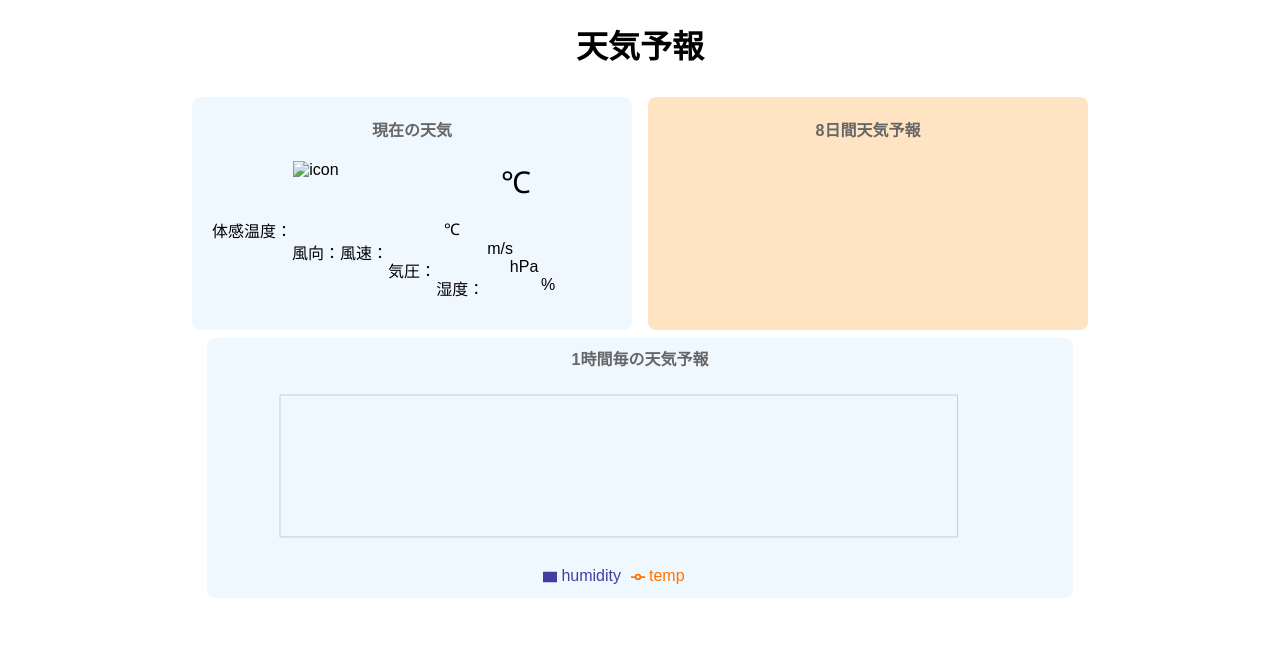
Repository: IshigureTomoki/weather-app
Page: /
The author's editor kept a copy of each file at every save. The page is drawn from the files as they stood at one save, then again after a run of saves.
The browser window is 1280 px wide. The pictures show the whole page.
The page's requests for data from a server got no answer. The project was rebuilt for these pictures with package versions that can differ from the ones it lists, and the page was loaded fresh each time. No one was signed in, and anything a server would have sent is missing.

Above is the page before, as saved 2022-02-25 15:02:19.

### src/App.tsx
import axios from "axios";
import { report } from "process";
import React, { useEffect, useState } from "react";
import { convertTypeAcquisitionFromJson } from "typescript";
import "./App.css";
import { LinePlot } from "./components/LinePlot";

function App() {
  useEffect(() => {
    wetherOneCall();
  }, []);

  type weatherReportType = {
    time: string;
    timezone: string;
    temp: string;
    feels_like: string;
    wind_deg: string;
    wind_speed: string;
    pressure: string;
    humidity: string;
    weatherDescription: string;
    weatherIcon: string;
  };

  type weatherDailyReportsType = {
    dt: number;
    temp: {
      max: string;
      min: string;
    };
    weather: [
      {
        description: string;
        icon: string;
        id: string;
        main: string;
      }
    ];
  };

  type weatherHourlyReportsType = {
    time: string;
    temp: string;
    humidity: string;
  };

  const [weatherReport, setWeatherReport] = useState<weatherReportType>();
  const [weatherDailyReports, setWeatherDailyReports] = useState<
    weatherDailyReportsType[]
  >([]);

  const [weatherHourlyReports, setWeatherHourlyReports] = useState<
    weatherHourlyReportsType[]
  >([]);
  const [serchCity, setSearchCity] = useState("");

  const time = (dt: number) => {
    const srTime = new Date(dt * 1000);
    const time = srTime.toLocaleTimeString();
    return `${time}`;
  };

  const hour = (dt: number) => {
    const srTime = new Date(dt * 1000);
    const hour = srTime.getHours();
    return `${hour}`;
  };

  const mday = (dt: number) => {
    const srTime = new Date(dt * 1000);
    const day = srTime.toLocaleDateString();
    return `${day}`;
  };

  const date = (dt: number) => {
    const srTime = new Date(dt * 1000);
    const date = srTime.getDate();
    return `${date}`;
  };

  const dayOfWeekStr = (dt: number) => {
    const srTime = new Date(dt * 1000);
    const day = srTime.getDay();
    const dayOfWeekStrJP = ["日", "月", "火", "水", "木", "金", "土"];
    return `(${dayOfWeekStrJP[day]})`;
  };

  const wetherOneCall = async () => {
    await axios
      .get(
        "https://api.openweathermap.org/data/2.5/onecall?lat=35.690&lon=139.692&lang=ja&units=metric&appid=ff86fbdda3c22e95ce0071f6a7826f6c"
      )
      .then((res) => {
        console.log(res);

        const get_wind_deg = (wind_deg: number) => {
          let r = "北↓";
          if (wind_deg >= 11.25) r = "北北東";
          if (wind_deg >= 33.75) r = "北東↙︎";
          if (wind_deg >= 56.25) r = "東北東";
          if (wind_deg >= 78.75) r = "東←";
          if (wind_deg >= 101.25) r = "東南東";
          if (wind_deg >= 123.75) r = "南東↖︎";
          if (wind_deg >= 146.25) r = "南南東";
          if (wind_deg >= 168.75) r = "南↑";
          if (wind_deg >= 191.25) r = "南南西";
          if (wind_deg >= 213.75) r = "南西↗︎";
          if (wind_deg >= 236.25) r = "西南西";
          if (wind_deg >= 258.75) r = "西→";
          if (wind_deg >= 281.25) r = "西北西";
          if (wind_deg >= 303.75) r = "北西↘︎";
          if (wind_deg >= 326.25) r = "北北西";
          return r;
        };

        const report = {
          time: `${mday(res.data.current.dt)} ${time(res.data.current.dt)}`,
          timezone: res.data.timezone,
          temp: res.data.current.temp,
          feels_like: res.data.current.feels_like,
          wind_deg: get_wind_deg(res.data.current.wind_deg),
          wind_speed: res.data.current.wind_speed,
          pressure: res.data.current.pressure,
          humidity: res.data.current.humidity,
          weatherDescription: res.data.current.weather[0].description,
          weatherIcon: `http://openweathermap.org/img/wn/${res.data.current.weather[0].icon}@2x.png`,
        };

        const hourlyreports = res.data.hourly.map(
          (hourly: any, index: number) => {
            return {
              time: hour(hourly.dt),
              temp: hourly.temp,
              humidity: hourly.humidity,
            };
          }
        );

        hourlyreports.length = 24;

        console.log(report);
        setWeatherReport(report);
        setWeatherDailyReports(res.data.daily);
        console.log(hourlyreports);
        setWeatherHourlyReports(hourlyreports);
      });
  };
  return (
    <>
      <div className="App">
        <h1>天気予報</h1>
        <div className="upper">
          <div className="now-area">
            <div className="title">現在の天気</div>
            <div className="nowtime">{weatherReport?.time}</div>
            <div className="nowplace">{weatherReport?.timezone}</div>
            <div className="nowtemps">
              <div>
                <img src={weatherReport?.weatherIcon} alt="icon" width={120} />
              </div>
              <div>
                <div className="nowtemp">{weatherReport?.temp}℃</div>
                <div className="nowdes">
                  {weatherReport?.weatherDescription}
                </div>
              </div>
            </div>
            <dl>
              <dt>体感温度</dt>
              <dd>{weatherReport?.feels_like}℃</dd>
              <dt>風向</dt>
              <dd>{weatherReport?.wind_deg}</dd>
              <dt>風速</dt>
              <dd>{weatherReport?.wind_speed}m/s</dd>
              <dt>気圧</dt>
              <dd>{weatherReport?.pressure}hPa</dd>
              <dt>湿度</dt>
              <dd>{weatherReport?.humidity}%</dd>
            </dl>
          </div>

          <div className="dayly-area">
            <div className="title">8日間天気予報</div>

            {weatherDailyReports.map((report) => (
              <>
                <div className="dayly">
                  <div className="daylyd">
                    {date(report.dt)}
                    {dayOfWeekStr(report.dt)}
                  </div>
                  <div className="daylyi">
                    <img
                      src={`http://openweathermap.org/img/wn/${report.weather[0].icon}@2x.png`}
                      alt="icon"
                      width={40}
                    />
                  </div>
                  <div className="daylyde">{report.weather[0].description}</div>
                  <div className="daylym">
                    {report.temp.max}/{report.temp.min}℃
                  </div>
                </div>
              </>
            ))}
          </div>
        </div>

        <div className="hourly-area">
          <div className="title">1時間毎の天気予報</div>
          <LinePlot data={weatherHourlyReports} />
        </div>
      </div>
    </>
  );
}

export default App;

### src/App.css
body {
  font-family: sans-serif;
}

.App {
  text-align: center;
}

.upper {
  display: flex;
  justify-content: center;
}
.now-area {
  text-align: center;
  background-color: aliceblue;
  width: 400px;
  padding: 20px;
  margin: 8px;
  border-radius: 8px;
}
.nowtime {
  font-size: 30px;
}

.nowplace{
  font-size: 25px;
}
.nowtemps{
  display: flex;
  justify-content:space-around;
}

.nowtemp{
  font-size: 30px;
}

dt {
  float: left;
}

dt::after {
  content: "：";
}

.dayly-area {
  text-align: center;
  background-color: bisque;
  width: 400px;
  padding: 20px;
  margin: 8px;
  border-radius: 8px;
}

.dayly {
  display: flex;
}

.daylyd {
  width: 60px;
}

.daylyi {
  width: 90px;
}

.daylym {
  width: 150px;
}

.daylyde {
  width: 100px;
}

.hourly-area {
  background-color: aliceblue;
  width: 850px;
  padding: 8px;
  margin: 0 auto;
  border-radius: 8px;
}
.title {
  text-align: center;
  margin: 0px 0px 20px 0px;
  font-weight: bold;
  color: #666;
}

### src/components/LinePlot.tsx
import {
  Line,
  CartesianGrid,
  XAxis,
  YAxis,
  Tooltip,
  Bar,
  ComposedChart,
  ResponsiveContainer,
  Legend,
} from "recharts";

export const LinePlot = (props: any) => {
  const data = props.data;
  // const data = [
  //   { time: "15", temp: 8.67, humidity: 5 },
  //   { time: "16", temp: 8.87, humidity: 24 },
  //   { time: "17", temp: 8.61, humidity: 25 },
  //   { time: "18", temp: 8.26, humidity: 26 },
  //   { time: "19", temp: 6.67, humidity: 60 },
  //   { time: "20", temp: 5.31, humidity: 68 },
  //   { time: "21", temp: 3.73, humidity: 10 },
  //   { time: "22", temp: 3.32, humidity: 22 },
  // ];
  console.log(data);
  return (
    <ResponsiveContainer width="95%" height={200}>
      <ComposedChart  data={data}>
        <Bar
          yAxisId={2}
          dataKey="humidity"
          barSize={15}
          fill="#413ea0"
          label={{ fill: "white", fontSize: 10 }}
        />
        <Line yAxisId={1} type="monotone" dataKey="temp" stroke="#ff7300" />
        <CartesianGrid stroke="#ccc" />
        <XAxis dataKey="time" label={{ value: "時刻", dx: 5 }} />
        <YAxis yAxisId={1} tickCount={8} unit="℃" label={{ value: "気温" }} />
        <YAxis
          yAxisId={2}
          tickCount={8}
          unit="%"
          label={{ value: "降水確率", dx: 5 }}
          orientation="right"
        />
        <Legend />
        <Tooltip />
      </ComposedChart>
    </ResponsiveContainer>
  );
};

Loaded but not shown: public/index.html (common file); src/index.tsx (common file); src/index.css (common file); src/reportWebVitals.ts (common file)

After the next 2 saves:
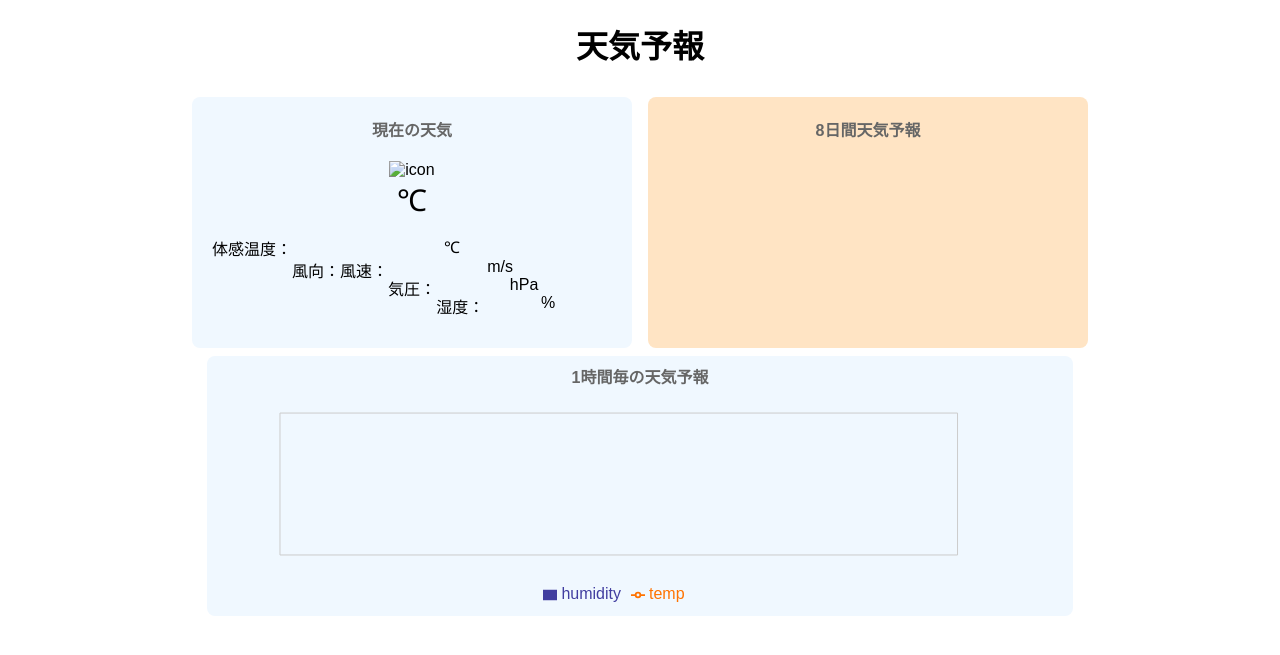
The 2 saves are shown as one change because they came seconds apart.
The last was saved 16 s later.
--- a/src/App.css
+++ b/src/App.css
@@ -26,6 +26,7 @@ body {
   font-size: 25px;
 }
 .nowtemps{
+  pa
   display: flex;
   justify-content:space-around;
 }
